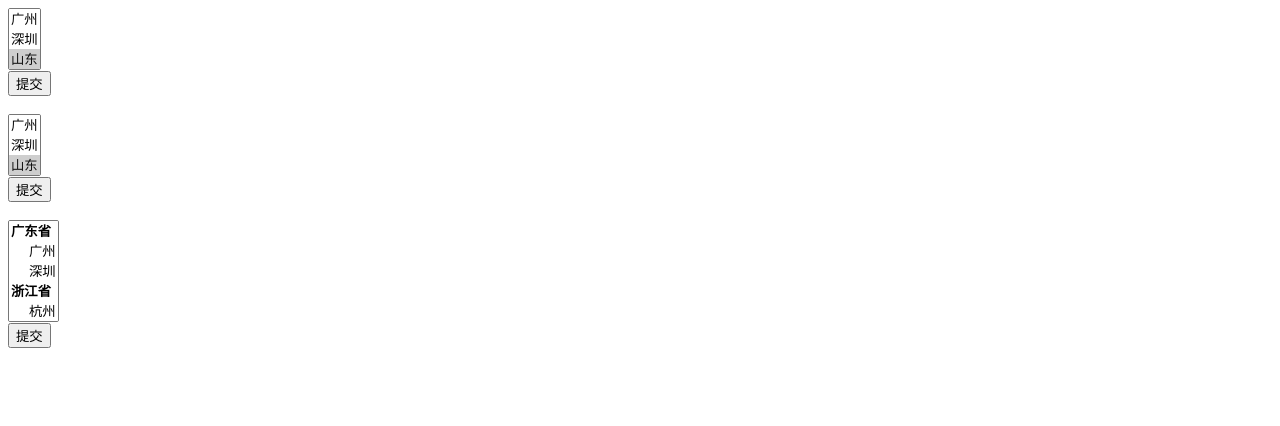
Repository: wangyanqing666/study
Page: 下拉框.html
An editor plug-in stored every save of this project. The page is shown before and after the next save, followed by the edit.
The browser window is 1280 px wide. The pictures show the whole page.

Above is the page before, as saved 2020-09-28 13:16:32.

### 下拉框.html
<!DOCTYPE html>
<html lang="en">

<head>
    <meta charset="UTF-8">
    <meta http-equiv="x-ua-compatible" content="IE=edge">
    <meta name="viewport" content="width=device-width, initial-scale=1">
    <title>Title</title>
</head>

<body>
    <div>
        <form action="http://www.baidu.com" method="get">
            <div>
                <!-- 下拉框 -->
                <select name="sel" size="3">
                    <option value="1">广州</option>
                    <option value="2">深圳</option>
                    <option selected value="3">山东</option>
                    <option value="4">北京</option>
                </select>
            </div>
            <input type="submit" value="提交">
        </form>
    </div>

   <br>

    <div>
        <form action="http://www.baidu.com" method="get">
            <div>
                <!-- 下拉框 -->
                <select name="sel" size="3" multiple>
                    <option value="1">广州</option>
                    <option value="2">深圳</option>
                    <option selected value="3">山东</option>
                    <option value="4">北京</option>
                </select>
            </div>
            <input type="submit" value="提交">
        </form>
    </div>

<br>


    <div>
        <form action="http://www.baidu.com" method="get">
            <div>
                <!-- optgroup 下拉框分组功能 -->
                <select name="city" size="5" multiple="multiple">
                    <optgroup label="广东省">
                        <option value="1">广州</option>
                        <option value="2">深圳</option>
                    </optgroup>

                    <optgroup label="浙江省">
                        <option value="1">杭州</option>
                        <option value="2">温州</option>
                    </optgroup>
                </select>
            </div>
            <input type="submit" value="提交">
        </form>
    </div>
</body>

</html>

After the next save:
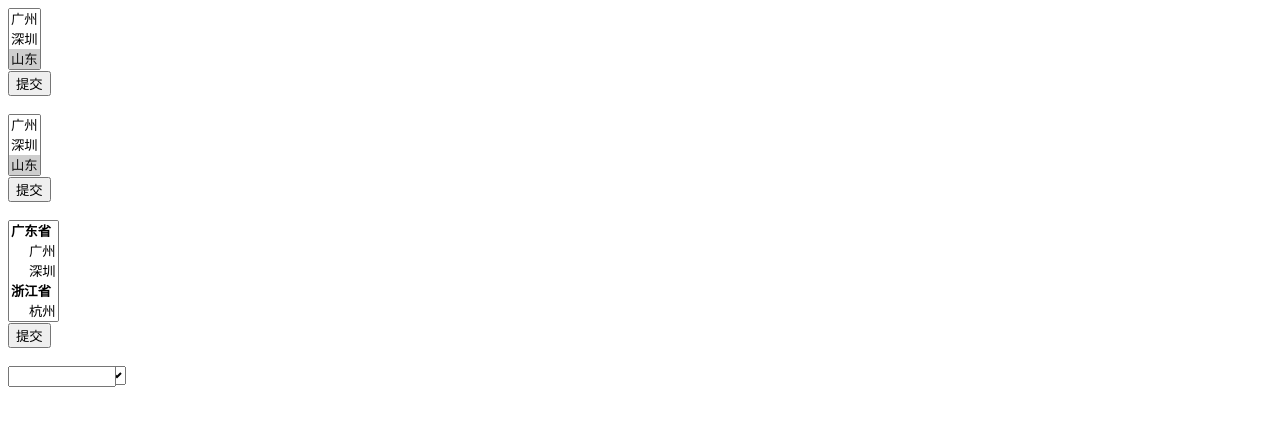
Saved 50 s later.
--- a/下拉框.html
+++ b/下拉框.html
@@ -63,6 +63,19 @@
             <input type="submit" value="提交">
         </form>
     </div>
+
+    <br>
+
+
+    <div style="position:relative;">
+        <span style="margin-left:100px;width:18px;overflow:hidden;">
+            <select style="width:118px;margin-left:-100px" οnchange="this.parentNode.nextSibling.value=this.value">
+                <option value="">请选择 </option>
+                <option value="csdn">csdn </option>
+                <option value="123">123</option>
+                <option value="write.blog.csdn.net/postedit ">write.blog.csdn.net/postedit </option>
+            </select></span><input name="box" style="width:100px;position:absolute;left:0px;">
+    </div>
 </body>
 
 </html>
